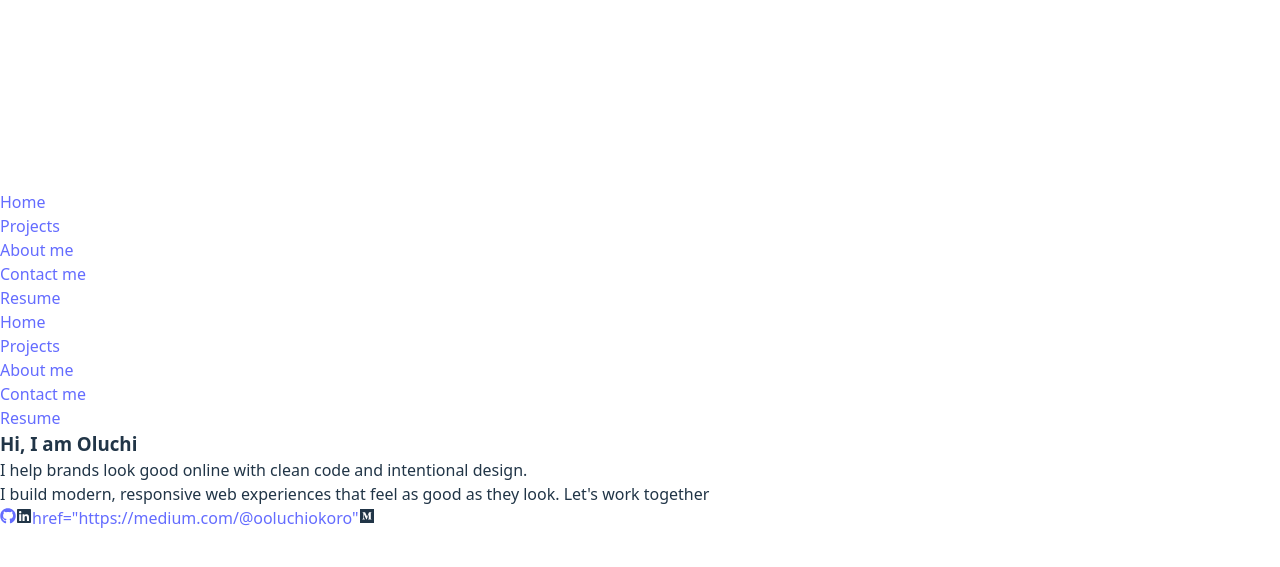
Repository: ooluchi/portfolio_
Page: / (app in my-react-app/)
The author's editor kept a copy of each file at every save. The page is drawn from the files as they stood at one save, then again after the next save.
The browser window is 1280 px wide. The pictures show the whole page.
The project was rebuilt for these pictures with package versions that can differ from the ones it lists, and the page was loaded fresh each time. Also part of the build but not shown: my-react-app/vite.config.ts.

Above is the page before, as saved 2025-11-16 03:17:19.

### my-react-app/src/App.tsx


import './App.css'
import Home from './components/Home'
import NavBar from './components/NavBar'

export default function App() {

  return (
    <>
    <NavBar />
    <Home />
    </>
  )
}

### my-react-app/src/components/Home.tsx
import NavBar from './NavBar'
import { FaGithub, FaLinkedin, FaMedium } from "react-icons/fa";

export default function Home() {
  return (
    <div>
      <NavBar />
      <div>
        <h3>Hi, I am Oluchi</h3>
        <p>I help brands look good online with clean code and intentional design.</p>
        <p>I build modern, responsive web experiences that feel as good as they look. Let's work together</p>
      </div>
      <div>
        <a
          href="https://github.com/your-username"
          target="_blank"
          rel="noreferrer"
          aria-label="GitHub"
        >
          <FaGithub/>
        </a>

        <FaLinkedin />
        <a
          href="https://github.com/your-username"
          target="_blank"
          rel="noreferrer"
          aria-label="GitHub"
        >
          href="https://medium.com/@ooluchiokoro"
        </a>
        <FaMedium />
      </div>
    </div>
  )
}

### my-react-app/src/components/NavBar.tsx
import React from 'react'

export default function NavBar() {
  return (
    <nav>
      <div>
        <ul>
          <li><a href="#hero">Home</a></li>
          <li><a href="#projects">Projects</a></li>
          <li><a href="#about">About me</a></li>
          <li><a href="#contact">Contact me</a></li>
          <li><a href="">Resume</a></li>
        </ul>

      </div>

    </nav>
  )
}

Loaded but not shown: my-react-app/index.html (common file); my-react-app/src/main.tsx (common file); my-react-app/src/index.css (common file); my-react-app/src/App.css (common file)

After the next save:
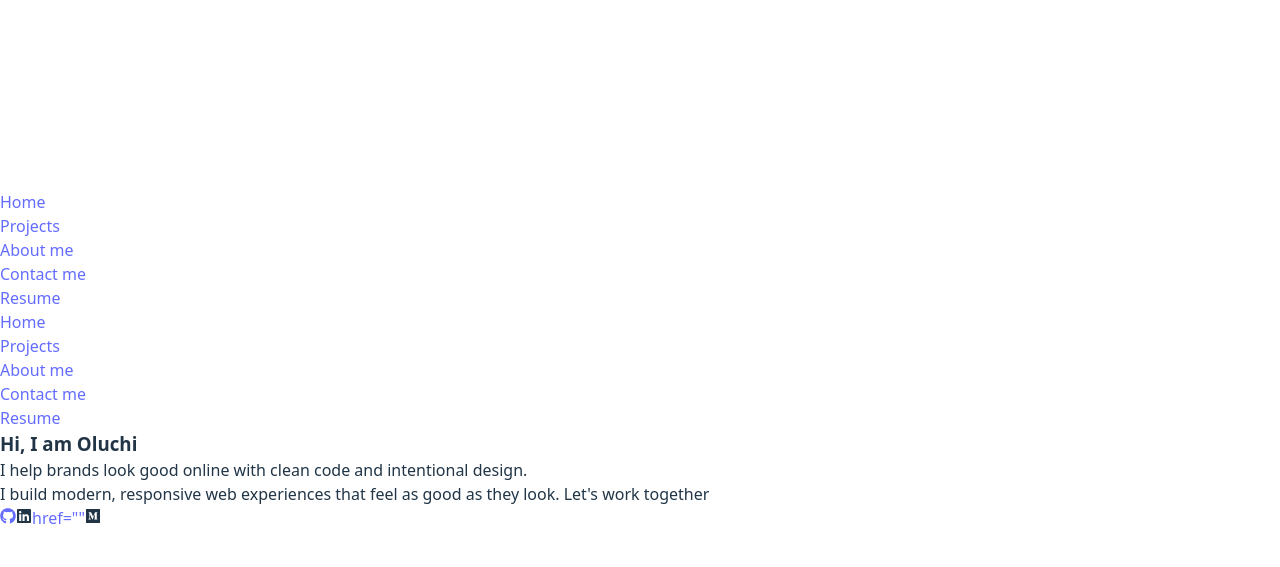
Saved 8 s later.
--- a/my-react-app/src/components/Home.tsx
+++ b/my-react-app/src/components/Home.tsx
@@ -27,7 +27,7 @@ export default function Home() {
           rel="noreferrer"
           aria-label="GitHub"
         >
-          href="https://medium.com/@ooluchiokoro"
+          href=""
         </a>
         <FaMedium />
       </div>
